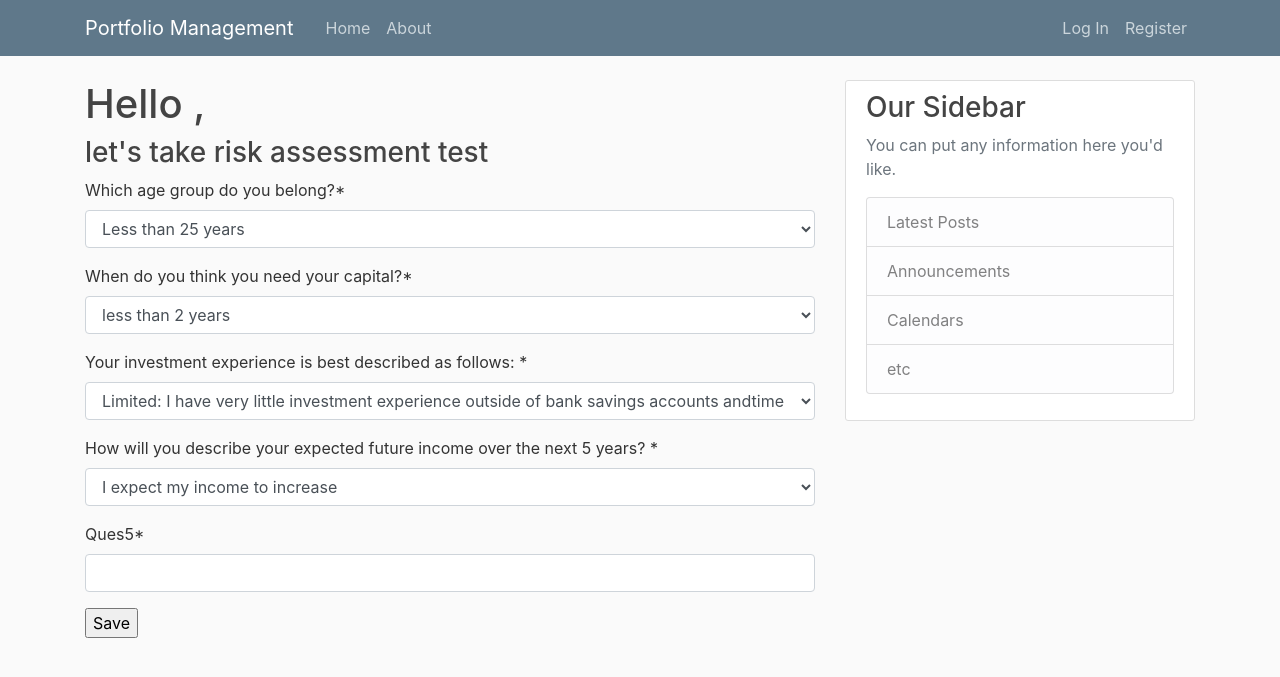
Repository: rahulsolankib/portfolio
Page: http://localhost/questions/
These files come from the project's save history. The page is drawn as it stood at one moment and after the next save; the edit follows.
The browser window is 1280 px wide. The pictures show the whole page.
The page is served by the project's application, run on Django 3.2 (manage.py).

Above is the page before, as saved 2020-10-20 00:48:56.

After the next save:
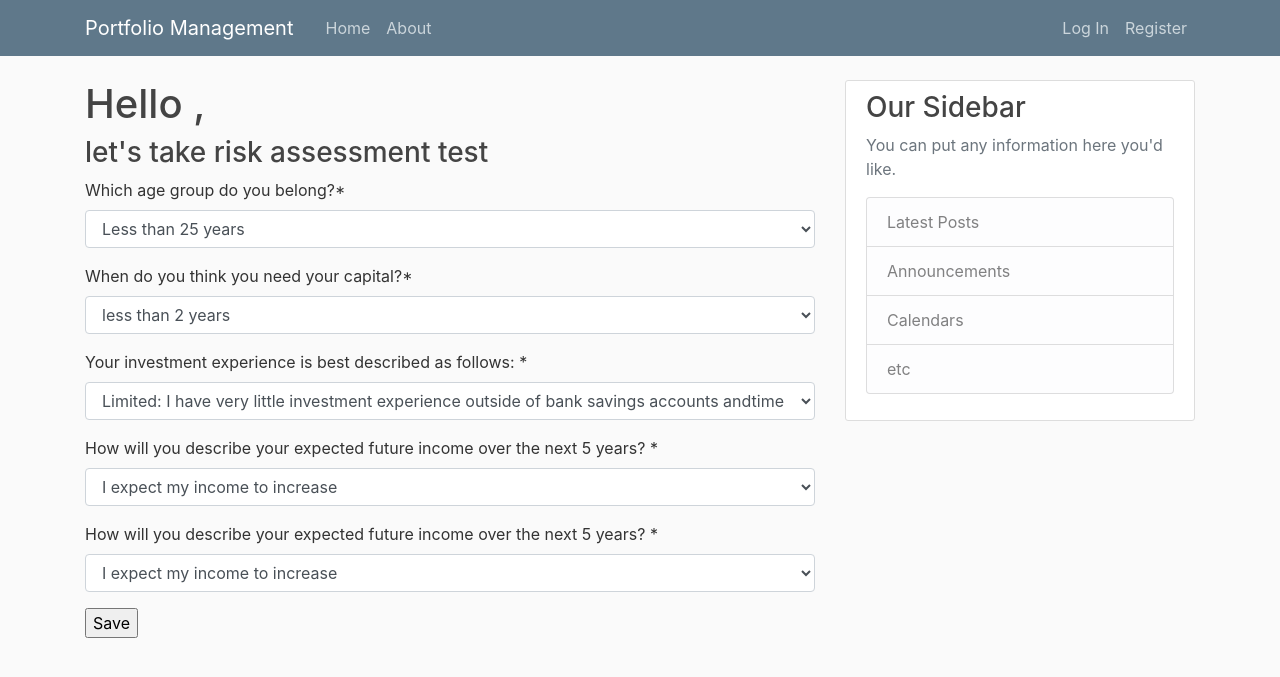
Saved 27 s later.
--- a/riskCalculator/forms.py
+++ b/riskCalculator/forms.py
@@ -34,7 +34,7 @@ class QForm(forms.Form):
     ques2 = forms.TypedChoiceField(label='When do you think you need your capital?',choices=returnyear_group, coerce=int, initial=1)
     ques3 = forms.TypedChoiceField(label='Your investment experience is best described as follows: ',choices=experience_group, coerce=int, initial=1)
     ques4 = forms.TypedChoiceField(label='How will you describe your expected future income over the next 5 years? ',choices=income_status, coerce=int, initial=3)
-    ques5 = forms.CharField()
+    ques5 = forms.TypedChoiceField(label='How will you describe your expected future income over the next 5 years? ',choices=income_status, coerce=int, initial=3)
 
 
 class QueForm(forms.ModelForm):
